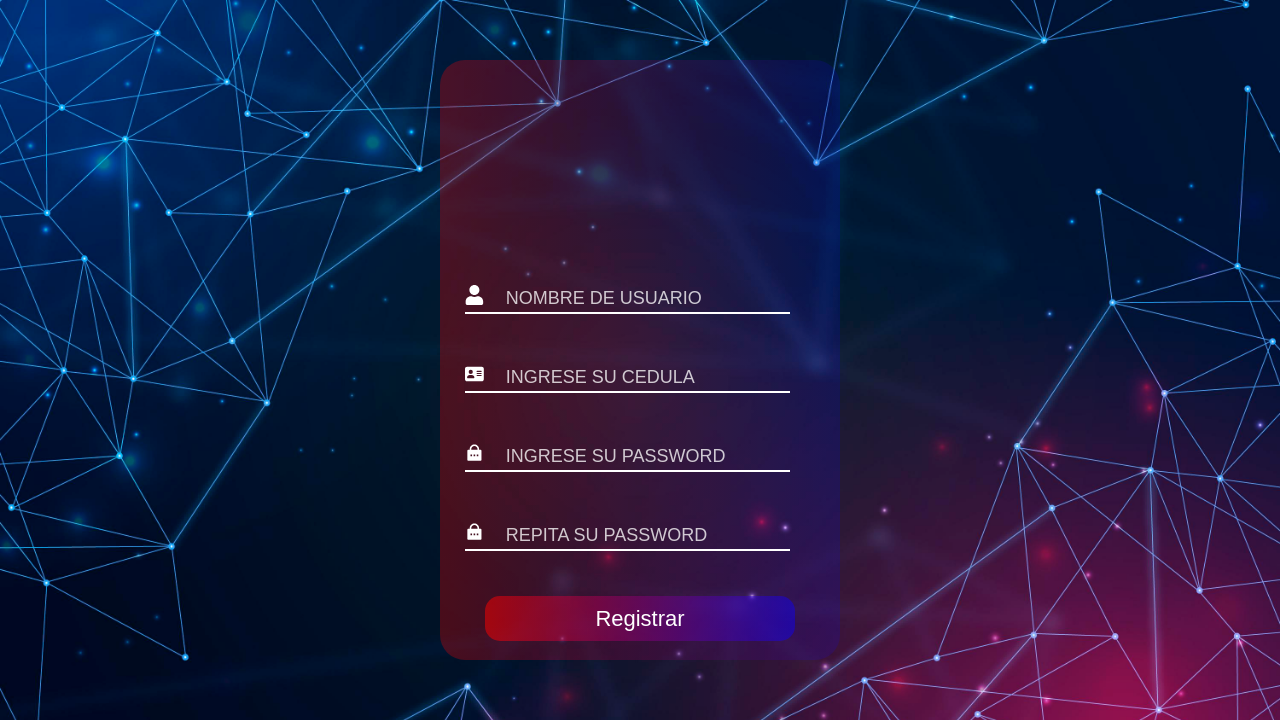
Repository: Davic1o/municipio
Page: /Registro
The author's editor kept a copy of each file at every save. The page is drawn from the files as they stood at one save, then again after the next save.
The browser window is 1280 px wide. The pictures show the whole page.
The project was rebuilt for these pictures with package versions that can differ from the ones it lists, and the page was loaded fresh each time. Also part of the build but not shown: src/pages/Login/Login.jsx, src/pages/Administrador/Admin.jsx, src/pages/Coord/Coord.jsx, src/pages/User/User.jsx.

Above is the page before, as saved 2024-02-06 17:53:54.

### src/index.js
import React from 'react';
import ReactDOM from 'react-dom/client';
import './index.css';
import App from './App';
import { BrowserRouter } from 'react-router-dom';

const root = ReactDOM.createRoot(document.getElementById('root'));
root.render(
  <BrowserRouter>
    <App />
   </BrowserRouter>
);

### src/index.css
body {
  margin: 0;
  font-family: -apple-system, BlinkMacSystemFont, 'Segoe UI', 'Roboto', 'Oxygen',
    'Ubuntu', 'Cantarell', 'Fira Sans', 'Droid Sans', 'Helvetica Neue',
    sans-serif;
  -webkit-font-smoothing: antialiased;
  -moz-osx-font-smoothing: grayscale;
}

code {
  font-family: source-code-pro, Menlo, Monaco, Consolas, 'Courier New',
    monospace;
}
input{
  text-decoration: none;
  border: none;
}
button{
  background-color: transparent;
  text-decoration: none;
  border: none;
}

### src/App.jsx

import './App.css';
import Rutas from './routes/Rutas';

function App() {
  return (
    <div className="App">
      <Rutas/>
    </div>
  );
}

export default App;

### src/routes/Rutas.jsx
import React from 'react'
import { Routes, Route } from 'react-router-dom';
import Login from '../pages/Login/Login';
import Admin from '../pages/Administrador/Admin';
import Coord from '../pages/Coord/Coord';
import User from '../pages/User/User';
import Register from '../pages/Register/Register';


function Rutas() {
  return (


    <Routes>
    <Route exact path="/" element={<Login/>} />
    <Route exact path="/Registro" element={<Register/>} />
    <Route exact path="/Administrador" element={<Admin/>} />
    <Route path='/Coordinador' element={<Coord/>} />
    <Route path='/Usuario' element={<User/>} />

    </Routes>

  )
}

export default Rutas

### src/pages/Register/Register.jsx
import React, { useState } from 'react';
import { FaUser } from 'react-icons/fa';
import { RiLockPasswordFill } from 'react-icons/ri';
import { useNavigate } from 'react-router-dom';
import { FaAddressCard } from "react-icons/fa6";
import './login.css';

const Register = () => {
  const navigate = useNavigate();

  return (
    <div className="login__container">
      <div className="register__recuadro">
        <div className="register__formulario">
          <div className="contenedor__nombre">
            <FaUser className="icon__nombre" />
            <input
              type="text"
              className="inp__nombre"
              placeholder="NOMBRE DE USUARIO"
            />
          </div>
          <div className="contenedor__nombre">
          <FaAddressCard className="icon__password"/>
            <input
              type="password"
              className="inp__password"
              placeholder="INGRESE SU CEDULA"

            />
          </div>
          <div className="contenedor__password">
          <RiLockPasswordFill className="icon__password" />
            <input
              type="password"
              className="inp__password"
              placeholder="INGRESE SU PASSWORD"

            />

          </div>
          <div className="contenedor__password">
          <RiLockPasswordFill className="icon__password" />
            <input
              type="password"
              className="inp__password"
              placeholder="REPITA SU PASSWORD"

            />


          </div>
          <div className="contendor__ingresar">
            <button className="btn__ingresar" >
              Registrar
            </button>
          </div>
        </div>
      </div>
    </div>
  );
};

export default Register;

### src/pages/Login/login.css
.login__container {
    background-image:  url('../../images/fondo_informacion.jpg');
    background-size: cover;
    height: 100vh;
    width: 100vw;
    box-sizing: border-box;
    display: flex;
    align-items: center;
    justify-content: center;
    z-index: 0;
}
.login__recuadro{
    width: 400px;
    height: 600px;
    border-radius: 25px;
    background: linear-gradient(to right, rgba(253, 0, 0, 0.288) 1%, rgba(16, 0, 235, 0.171));
}
.login__formulario{
    margin-top: 200px;
}
.contenedor__nombre, .contenedor__password{
    padding-top: 25px;
    width: 325px;
    margin: 25px;
    display: flex;
    border-bottom: 2px solid white ;
}
.icon__nombre, .icon__password{
    margin-right: 20px;
    font-size: 20px;
    background-color: transparent;
    color: white;
}
.inp__nombre, .inp__password{

    background-color: transparent;
    width: 300px;
    height: 25px;
    font-size: 18px;
    color: white;
}
.inp__nombre::placeholder, .inp__password::placeholder{
    font-size: 18px;
color: rgba(255, 255, 255, 0.767);
}
.inp__nombre:focus, .inp__password:focus{
    outline: none;
    font-size: 18px;
    border: none;
    color: white;
}
.contenedor__recuerdame{
    width: 325px;
    margin: 25px;
    display: flex;
}
.inp__recuerdame{
    transform: scale(1.5);
    margin-right: 20px;
}
.lbl__recuerdame{
    font-size: 18px;
    color: white;
}
.contenedor__registrar{
    width: 325px;
    margin: 25px;
    display: flex;
    justify-content: right;
}
.lbl__registrar{
    color: white;
}
.lbl__registrar:hover{
    color: blue;
    cursor: pointer;
}
.contendor__ingresar{

    background: linear-gradient(to right, rgba(253, 0, 0, 0.514) 1%, rgba(16, 0, 235, 0.514));
    border-radius: 15px;
    margin: 45px;
    display: flex;
    justify-content: center;
}
.btn__ingresar{
    height: 45px;
    color: white;
    font-size: 22px;
    cursor: pointer;

}

### src/pages/Register/login.css

.register__recuadro{
    width: 400px;
    height: 600px;
    border-radius: 25px;
    background: linear-gradient(to right, rgba(253, 0, 0, 0.288) 1%, rgba(16, 0, 235, 0.171));
}
.register__formulario{
    margin-top: 200px;
}

Loaded but not shown: public/index.html (common file); src/App.css (common file)

After the next save:
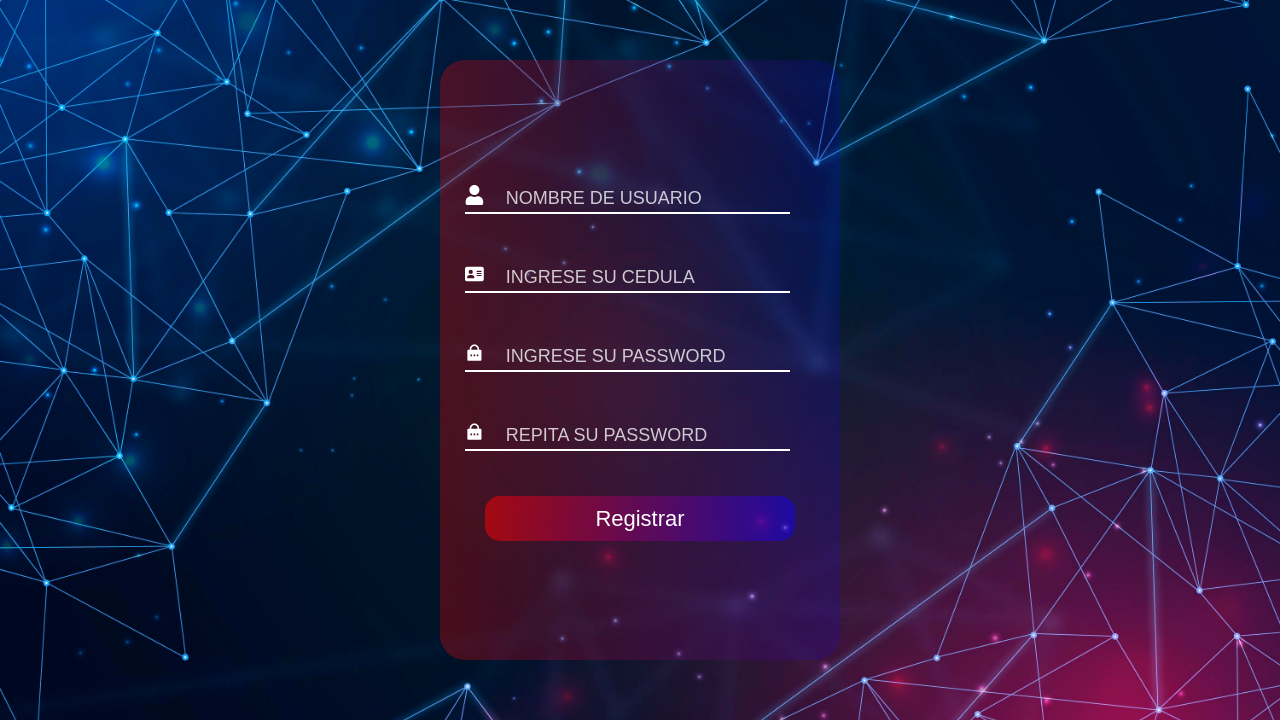
Saved 1 s later.
--- a/src/pages/Register/login.css
+++ b/src/pages/Register/login.css
@@ -6,5 +6,5 @@
     background: linear-gradient(to right, rgba(253, 0, 0, 0.288) 1%, rgba(16, 0, 235, 0.171));
 }
 .register__formulario{
-    margin-top: 200px;
+    margin-top: 100px;
 }
